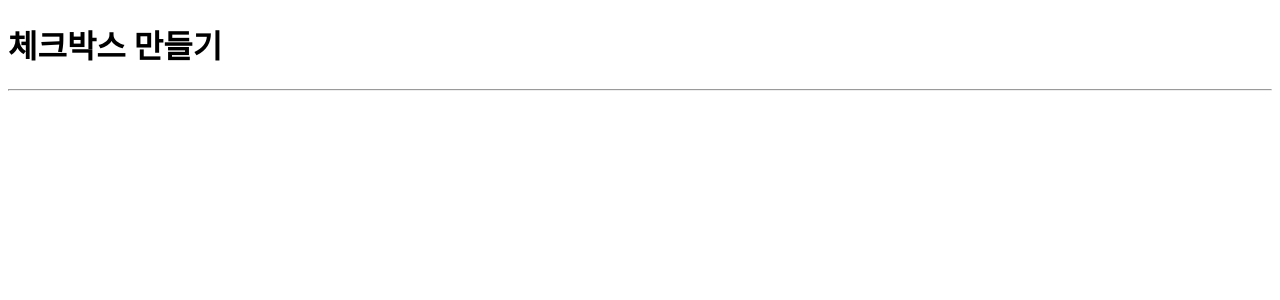
Repository: jp0301/WebStudy
Page: WebApp01/WebContent/Test022.html
The author's editor kept a copy of each file at every save. The page is drawn from the files as they stood at one save, then again after the next save.
The browser window is 1280 px wide. The pictures show the whole page.

Above is the page before, as saved 2022-09-27 05:48:36.

After the next save:
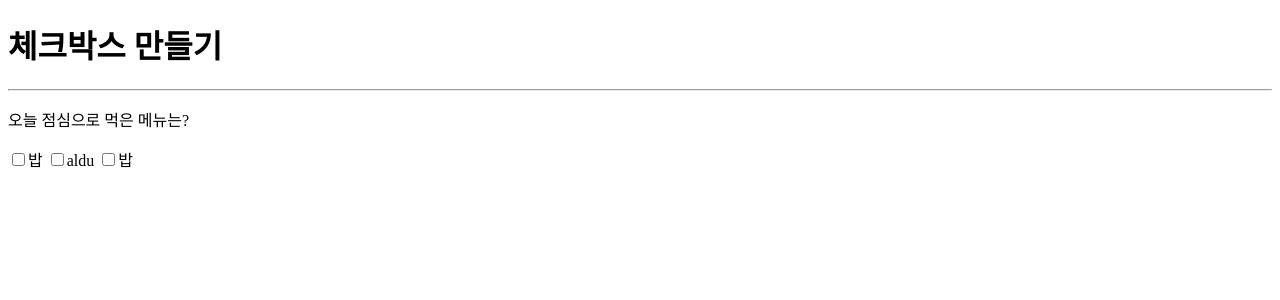
Saved 16 min 36 s later.
--- a/WebApp01/WebContent/Test022.html
+++ b/WebApp01/WebContent/Test022.html
@@ -13,6 +13,11 @@
 
 <div>
 	<form>
+		<p>오늘 점심으로 먹은 메뉴는?</p>
+
+		<input type="checkbox" name="foodSelect" value="1" id="chk1">밥
+		<input type="checkbox" name="foodSelect" value="1" id="chk1">aldu
+		<input type="checkbox" name="foodSelect" value="1" id="chk1">밥
 	</form>
 </div>
 
